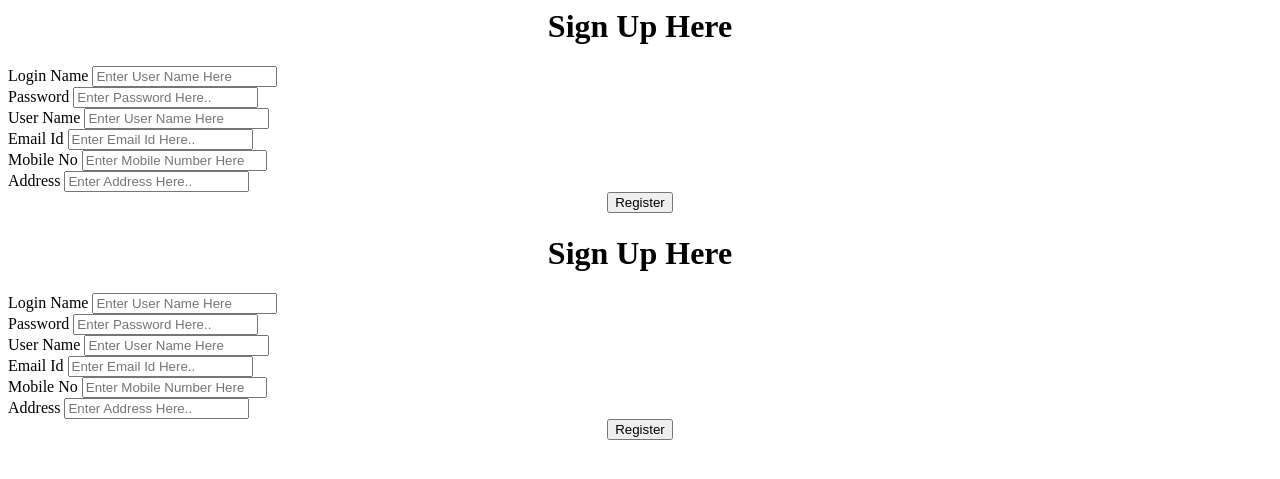
Repository: ManaliSant/Project-2-
Page: InteractionFrontEnd/WebContent/web/c_user/SignUp.html
An editor plug-in stored every save of this project. The page is shown before and after the next save, followed by the edit.
The browser window is 1280 px wide. The pictures show the whole page.

Above is the page before, as saved 2018-12-12 11:31:55.

After the next save:
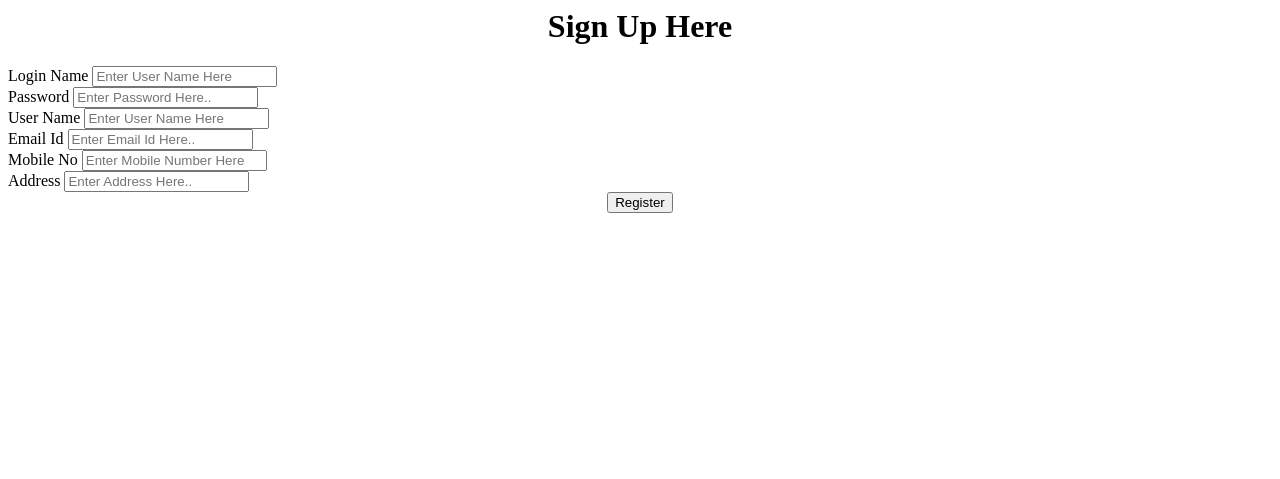
Saved 21 s later.
--- a/InteractionFrontEnd/WebContent/web/c_user/SignUp.html
+++ b/InteractionFrontEnd/WebContent/web/c_user/SignUp.html
@@ -60,66 +60,3 @@
 
 
 </div>
-
-
-<div class="container" ng-controller="UserController">
-
-	<h1 class="well">
-		<center>
-			<font face="Monotype Corsiva">Sign Up Here</font>
-		</center>
-	</h1>
-
-	<div class="col-lg-12 well">
-		<div class="row">
-			<form>
-				<div class="col-sm-12">
-					<div class="row">
-						<div class="col-sm-6 form-group">
-							<label>Login Name</label> <input type="text" name="loginname"
-								ng-model="User.loginname" placeholder="Enter User Name Here"
-								ng-model="user.loginname" class="form-control">
-						</div>
-						<div class="col-sm-6 form-group">
-							<label>Password</label> <input type="password" name="password"
-								ng-model="User.password" placeholder="Enter Password Here.."
-								ng-model="user.password" class="form-control">
-						</div>
-					</div>
-					<div class="row">
-						<div class="col-sm-6 form-group">
-							<label>User Name</label> <input type="text" name="username"
-								ng-model="User.username" placeholder="Enter User Name Here"
-								ng-model="user.username" class="form-control">
-						</div>
-						<div class="col-sm-6 form-group">
-							<label>Email Id</label> <input type="email" name="emailid"
-								ng-model="User.emailid" placeholder="Enter Email Id Here.."
-								ng-model="user.emailid" class="form-control">
-						</div>
-					</div>
-
-					<div class="row">
-						<div class="col-sm-6 form-group">
-							<label>Mobile No</label> <input type="text" name="mobileno"
-								ng-model="User.mobileno" placeholder="Enter Mobile Number Here"
-								ng-model="user.mobileno" class="form-control">
-						</div>
-						<div class="col-sm-6 form-group">
-							<label>Address</label> <input type="text" name="address"
-								ng-model="User.address" placeholder="Enter Address Here.."
-								ng-model="user.address" class="form-control">
-						</div>
-					</div>
-
-					<center>
-						<input type="submit" value="Register" class="btn btn-lg btn-info" ng-click="register()" />
-					</center>
-				</div>
-			</form>
-		</div>
-	</div>
-
-
-
-</div>
